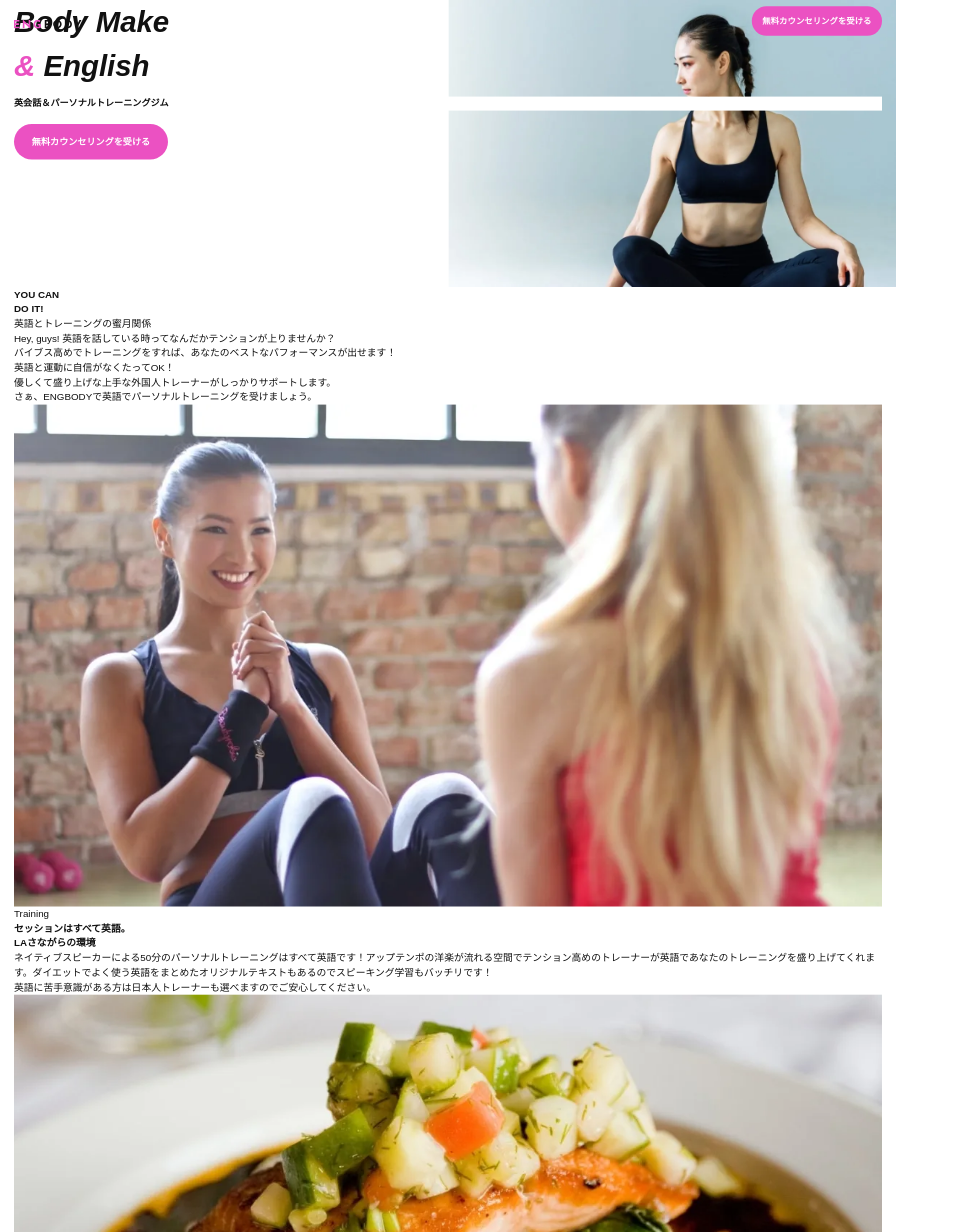
Repository: tetishi/engbody
Page: index.html
An editor plug-in stored every save of this project. The page is shown before and after a run of saves, followed by the edit.
The browser window is 1280 px wide. The page is 1280 px wide, then 1380 px, so the pictures cover 1380 px, including what lies to the right of the window. The pictures show the part of the page from y = 0 to 1760 px (the page is 12355 px tall), at 70% of full size.
The style sheet was rebuilt from its Sass, Less or Tailwind sources for each picture, by a compiler version that may differ from the author's.

Above is the page before, as saved 2023-07-26 00:08:56.

### index.html
<!DOCTYPE html>
<html lang="en">
<head>
    <meta charset="UTF-8">
    <meta name="viewport" content="width=device-width, initial-scale=1.0">
    <title>ENGBODY</title>
    <link href="https://fonts.googleapis.com/css2?family=Josefin+Sans:ital,wght@0,400;0,700;1,400;1,700&display=swap" rel="stylesheet">
    <link rel="stylesheet" href="./css/reset.css">
    <link rel="stylesheet" href="./css/style.css">
</head>
<body>
    <header class="header">
        <div class="header-inner">
            <h2 class="nav-title">
                <a href="#">
                    <img src="img/engbody.svg" alt="ENGBODY">
                </a>
            </h2>
            <nav class="header-nav">
                <div class="counseling-btn-top">
                    <a href="#">無料カウンセリングを受ける</a>
                </div>
            </nav>
        </div>
    </header>

    <main>
        <!-- fv -->
        <div class="fv">
            <div class="section-inner">
                <h2 class="page-title">
                    Body Make<br>
                    <span>&</span> English
                </h2>
                <div class="page-title-bottom">
                    英会話＆パーソナルトレーニングジム
                </div>
                <div class="counseling-btn">
                    <a href="#">無料カウンセリングを受ける</a>
                </div>
            </div>
        </div>

        <section id="concept" class="section-wrapper">
            <div class="section-outer">
                <div class="section-inner">
                    <h2 class="catchphrase">
                        YOU CAN<br class="sp">
                        DO IT!
                    </h2>
                    <p class="section-under-title">
                        英語とトレーニングの<span class="phrase">蜜月関係</span>
                    </p>
                    <p class="concept-text">
                        Hey, guys! 英語を話している時ってなんだかテンションが上りませんか？<br>
                        バイブス高めでトレーニングをすれば、あなたのベストなパフォーマンスが出せます！<br>
                        英語と運動に自信がなくたってOK！<br>
                        優しくて盛り上げな上手な外国人トレーナーがしっかりサポートします。<br>
                        さぁ、ENGBODYで英語でパーソナルトレーニングを受けましょう。
                    </p>
                    <div class="training-box">
                        <div class="training-img">
                            <picture>
                                <source srcset="img/training.webp" type="image/webp">
                                <img src="img/training.jpg" alt="外国人のパーソナルトレーナーがお客様に英語とトレーニングをサポートしている様子">
                            </picture>
                        </div>
                        <div class="training-text">
                            <p class="training-top">
                                Training
                            </p>
                            <h3 class="training-title">
                                セッションはすべて英語。<br>
                                LAさながらの環境
                            </h3>
                            <p class="training-description">
                                ネイティブスピーカーによる50分のパーソナルトレーニングはすべて英語です！アップテンポの洋楽が流れる空間でテンション高めのトレーナーが英語であなたのトレーニングを盛り上げてくれます。ダイエットでよく使う英語をまとめたオリジナルテキストもあるのでスピーキング学習もバッチリです！<br>
                                英語に苦手意識がある方は日本人トレーナーも選べますのでご安心してください。
                            </p>
                        </div>
                    </div>
                    <div class="food-box">
                        <div class="food-img">
                            <picture>
                                <source srcset="img/food.webp" type="image/webp">
                                <img src="img/food.jpg" alt="低糖質レストラン『LCR』の魚と野菜の盛り合わせメニューの写真">
                            </picture>
                        </div>
                        <div class="food-text">
                            <p class="food-top">
                                Food
                            </p>
                            <h3 class="food-title">
                                低糖質レストランを完備！<br>
                                美味しく食べてダイエット
                            </h3>
                            <p class="food-description">
                                食事制限って大変ですよね......。でも大丈夫！ENGBODY館内には低糖質レストラン『LCR』を完備しています。Low carb（低糖質）なのにとっても美味しい味に驚くはずです！メニューも豊富で飽きさせません。美味しく食べてしっかり痩せる！しかも英語力もアップ！それがENGBODYなのです。
                            </p>
                        </div>
                    </div>
                    <div class="counseling-btn">
                        <a href="#">無料カウンセリングを受ける</a>
                    </div>
                </div>
            </div>

        </section>

        <section class="section-wrapper">
            <div class="section-outer">
                <div class="section-inner">
                    <h2 class="section-title">
                        Our Trainer
                        <span>トレーナー</span>
                    </h2>
                    <div class="select-option">
                        <p class="trainer">
                            トレーナー
                        </p>
                        <p class="staff">
                            スタッフ
                        </p>
                    </div>
                    <ul class="trainer-list">
                        <li class="trainer-item">
                            <picture>
                                <source srcset="img/trainer01.webp" type="image/webp">
                                <img src="img/trainer01.jpg" alt="日本人女性のトレーナーの写真">
                            </picture>
                            <p class="trainer-greeting">
                                こんにちは！英語で楽しくトレーニングしましょう。日本語が話せますのでご安心ください。
                            </p>
                        </li>
                        <li class="trainer-item">
                            <picture>
                                <source srcset="img/trainer02.webp" type="image/webp">
                                <img src="img/trainer02.jpg" alt="外国人女性のトレーナーの写真">
                            </picture>
                            <p class="trainer-greeting">
                                Hello! 筋肉をつけすぎずしなやかな体を作ることが得意です！美しさを磨いていきましょう。
                            </p>
                        </li>
                        <li class="trainer-item">
                            <picture>
                                <source srcset="img/trainer03.webp" type="image/webp">
                                <img src="img/trainer03.jpg" alt="外国人男性のトレーナーの写真">
                            </picture>
                            <p class="trainer-greeting">
                                Hi, 負荷や強度の高いトレーニングがしたいならおまかせてください！どんなご要望もできるかぎり叶えますよ！
                            </p>
                        </li>
                    </ul>
                    <ul class="staff-list">
                        <li class="staff-item">
                            <picture>
                                <source srcset="img/staff01.webp" type="image/webp">
                                <img src="img/staff01.jpg" alt="日本人女性スタッフの写真">
                            </picture>
                            <p class="staff-greeting">
                                ENBODYは明るくてとっても楽しいジムです！みなさんのセッションが楽しくなるようしっかりサポートいたします。
                            </p>
                        </li>
                        <li class="staff-item">
                            <picture>
                                <source srcset="img/staff02.webp" type="image/webp">
                                <img src="img/staff02.jpg" alt="外国人男性スタッフの写真">
                            </picture>
                            <p class="staff-greeting">
                                Hi, please let me know anytime if you have any questions. We will fully support you!
                            </p>
                        </li>
                    </ul>
                </div>
            </div>
        </section>

        <section class="section-wrapper">
            <div class="section-outer">
                <div class="section-inner">
                    <h2 class="section-title">
                        Studio
                        <span>スタジオ</span>
                    </h2>
                    <div class="slide-image">
                        <picture>
                            <source srcset="img/studio01.webp" type="image/webp">
                            <img src="img/studio01.jpg" alt="後ろ姿の女性がトレーニング器具に座って、ダンベルを両手に持ち上げて、スタジオでトレーニングしている写真">
                        </picture>
                        <picture>
                            <source srcset="img/studio02.webp" type="image/webp">
                            <img src="img/studio02.jpg" alt="正面を向いた女性がトレーニング器具に座って、腕を上げてスタジオでトレーニングしている写真">
                        </picture>
                        <picture>
                            <source srcset="img/studio03.webp" type="image/webp">
                            <img src="img/studio03.jpg" alt="後ろ姿の男性がスタジオでバーベルを持ってウエイトトレーニングをしている写真">
                        </picture>
                    </div>
                </div>
            </div>
        </section>

        <section class="section-wrapper">
            <div class="section-outer">
                <div class="section-inner">
                    <h2 class="section-title">
                        Price
                        <span>料金</span>
                    </h2>
                    <ul class="price-list">
                        <li class="price-item">
                            <div class="price-box">
                                <p class="course">
                                    週１コース
                                </p>
                                <h3 class="course-price">
                                    ¥20,000
                                </h3>
                                <p class="admission-fee">
                                    （入会金 ¥10000）
                                </p>
                            </div>
                            <div class="rental-box">
                                <p class="course-top">
                                    レンタル
                                </p>
                                <p class="course-text">
                                    タオル、ウェア、プロテイン無料
                                </p>
                            </div>
                            <div class="restaurant-box">
                                <p class="course-top">
                                    レストラン
                                </p>
                                <p class="course-text">
                                    使用不可
                                </p>
                            </div>
                            <div class="diet-box">
                                <p class="course-top">
                                    食事指導
                                </p>
                                <p class="course-text">
                                    無し
                                </p>
                            </div>
                        </li>
                        <li class="price-item">
                            <p class="recommend">
                                オススメ！
                            </p>
                            <div class="price-box">
                                <p class="course">
                                    週２コース
                                </p>
                                <h3 class="course-price">
                                    ¥40,000
                                </h3>
                                <p class="admission-fee">
                                    （入会金 ¥10000）
                                </p>
                            </div>
                            <div class="rental-box">
                                <p class="course-top">
                                    レンタル
                                </p>
                                <p class="course-text">
                                    タオル、ウェア、プロテイン無料
                                </p>
                            </div>
                            <div class="restaurant-box">
                                <p class="course-top">
                                    レストラン
                                </p>
                                <p class="course-text">
                                    使用可
                                </p>
                            </div>
                            <div class="diet-box">
                                <p class="course-top">
                                    食事指導
                                </p>
                                <p class="course-text">
                                    有り
                                </p>
                            </div>
                        </li>
                        <li class="price-item">
                            <div class="price-box">
                                <p class="course">
                                    無制限
                                </p>
                                <h3 class="course-price">
                                    ¥70,000
                                </h3>
                                <p class="admission-fee">
                                    （入会金 ¥10000）
                                </p>
                            </div>
                            <div class="rental-box">
                                <p class="course-top">
                                    レンタル
                                </p>
                                <p class="course-text">
                                    タオル、ウェア、プロテイン無料
                                </p>
                            </div>
                            <div class="restaurant-box">
                                <p class="course-top">
                                    レストラン
                                </p>
                                <p class="course-text">
                                    使用可
                                </p>
                            </div>
                            <div class="diet-box">
                                <p class="course-top">
                                    食事指導
                                </p>
                                <p class="course-text">
                                    有り
                                </p>
                            </div>
                        </li>
                    </ul>
                </div>
            </div>
        </section>

        <section class="section-wrapper">
            <div class="section-outer">
                <div class="section-inner">
                    <h2 class="section-title">
                        FAQ
                        <span>よくあるご質問</span>
                    </h2>
                    <div class="faq-box">
                        <details class="faq-item">
                            <summary class="faq-top-text">
                                見学や体験は可能ですか？
                            </summary>
                            <p class="faq-bottom-text">
                                無料カウンセリングの際に見学が可能です。フォームに見学・体験希望の欄がございますので内容をご確認しチェックを入れてください。
                            </p>
                        </details>
                        <details class="faq-item">
                            <summary class="faq-top-text">
                                用意するものは何がありますか？
                            </summary>
                            <p class="faq-bottom-text">
                                シューズをご持参ください。ウェアとタオルは無料でレンタルが可能です。
                            </p>
                        </details>
                        <details class="faq-item">
                            <summary class="faq-top-text">
                                シャワールームはありますか？
                            </summary>
                            <p class="faq-bottom-text">
                                5つのシャワールームがございます。ボディソープ・シャンプー・リンスなどのアメニティやドライヤーもご用意しております。
                            </p>
                        </details>
                    </div>
                </div>
            </div>
        </section>

        <div class="free-counseling">
            <picture>
                <source srcset="img/sp_counseling_top.webp" type="image/webp">
                <img src="img/sp_counseling_top.jpg" alt="アジア人、黒人、白人の女性3人がトレーニングウェアを着て肩を組んで笑顔でこちらを見ている写真">
            </picture>
            <div class="counseling-container">
                <h3 class="invite-message">
                    Come join us!! 😊
                </h3>
                <div class="counseling-btn white">
                    <a href="#">無料カウンセリングを受ける</a>
                </div>
            </div>
        </div>

    </main>
    <footer class="footer">
        <div class="footer-text">
            ENGBODY
        </div>
    </footer>

    <a href="#" class="pagetop">
        <div class="pagetop-arrow">
            <i class="fas fa-angle-up"></i>
        </div>
    </a>
</body>
</html>

### css/reset.css
/*
html5doctor.com Reset Stylesheet
v1.6.1
Last Updated: 2010-09-17
Author: Richard Clark - http://richclarkdesign.com
Twitter: @rich_clark
*/

* {
    box-sizing: border-box;
}

html,
body,
div,
span,
object,
iframe,
h1,
h2,
h3,
h4,
h5,
h6,
p,
blockquote,
pre,
abbr,
address,
cite,
code,
del,
dfn,
em,
img,
ins,
kbd,
q,
samp,
small,
strong,
sub,
sup,
var,
b,
i,
dl,
dt,
dd,
ol,
ul,
li,
fieldset,
form,
label,
legend,
table,
caption,
tbody,
tfoot,
thead,
tr,
th,
td,
article,
aside,
canvas,
details,
figcaption,
figure,
footer,
header,
hgroup,
menu,
nav,
section,
summary,
time,
mark,
ruby,
audio,
video {
    margin: 0;
    padding: 0;
    border: 0;
    outline: 0;
    font-size: 100%;
    vertical-align: baseline;
    background: transparent;
}

body {
    line-height: 1.5;
}

img {
    width: 100%;
    height: auto;
    object-fit: cover;
}

button {
    background-color: transparent;
    border: none;
    cursor: pointer;
    outline: none;
    padding: 0;
    appearance: none;
}

article,
aside,
details,
figcaption,
figure,
footer,
header,
hgroup,
menu,
nav,
section {
    display: block;
}

nav ul {
    list-style: none;
}

li {
    list-style: none;
}

a {
    margin: 0;
    padding: 0;
    font-size: 100%;
    vertical-align: baseline;
    background: transparent;
}

input,
select {
    vertical-align: middle;
}

/*end reset css*/

### img/engbody.svg
<svg xmlns="http://www.w3.org/2000/svg" width="96.7" height="12.36" viewBox="0 0 96.697 12.356">
  <g id="Group_1" data-name="Group 1" transform="translate(-34.435 -35.05)">
    <path id="Path_13" data-name="Path 13" d="M-41.472-16.8a3.73,3.73,0,0,1,1.459,1.093,2.471,2.471,0,0,1,.524,1.559A2.878,2.878,0,0,1-40.674-11.6a5.1,5.1,0,0,1-2.957.814H-47.58V-22.2H-44.1a5.2,5.2,0,0,1,2.965.737,2.422,2.422,0,0,1,1.08,2.132,2.946,2.946,0,0,1-.371,1.5A2.77,2.77,0,0,1-41.472-16.8Zm-3.771-.729h1.418a1.3,1.3,0,0,0,1-.38,1.323,1.323,0,0,0,.355-.938,1.029,1.029,0,0,0-.4-.876,1.816,1.816,0,0,0-1.112-.3h-1.257Zm1.5,4.653a2.475,2.475,0,0,0,1.33-.318,1.051,1.051,0,0,0,.508-.954q0-1.21-2-1.21h-1.338v2.481Zm8.123-3.6a5.518,5.518,0,0,1,.814-2.9A6.036,6.036,0,0,1-32.6-21.521a5.975,5.975,0,0,1,3.022-.8,5.975,5.975,0,0,1,3.022.8,6.165,6.165,0,0,1,2.224,2.148,5.438,5.438,0,0,1,.83,2.9,5.413,5.413,0,0,1-.83,2.916,6.083,6.083,0,0,1-2.224,2.117,6.067,6.067,0,0,1-3.022.783,6.054,6.054,0,0,1-3.03-.783,5.973,5.973,0,0,1-2.2-2.117A5.493,5.493,0,0,1-35.622-16.473Zm2.417,0a3.551,3.551,0,0,0,.492,1.83,3.628,3.628,0,0,0,1.338,1.326,3.687,3.687,0,0,0,1.878.489,3.5,3.5,0,0,0,1.821-.489,3.517,3.517,0,0,0,1.289-1.318,3.68,3.68,0,0,0,.467-1.838,3.655,3.655,0,0,0-.483-1.861,3.6,3.6,0,0,0-1.313-1.326,3.57,3.57,0,0,0-1.845-.489,3.57,3.57,0,0,0-1.845.489,3.6,3.6,0,0,0-1.313,1.326A3.655,3.655,0,0,0-33.2-16.473ZM-18.909-22.2h3.546a7.413,7.413,0,0,1,3.739.845A5.2,5.2,0,0,1-9.49-19.164a6.36,6.36,0,0,1,.669,2.877,5.253,5.253,0,0,1-.806,2.9,5.34,5.34,0,0,1-2.168,1.931,6.641,6.641,0,0,1-2.99.675h-4.126Zm3.723,9.243a4.324,4.324,0,0,0,2.885-.9,3.2,3.2,0,0,0,1.064-2.59,3.609,3.609,0,0,0-.588-2.171A3.138,3.138,0,0,0-13.2-19.73a4.006,4.006,0,0,0-1.475-.31h-1.9v7.088ZM4.83-22.2.381-14.333v3.552H-1.955v-3.552L-6.323-22.2h2.885l2.724,5.273L1.945-22.2Z" transform="translate(126.302 57.708)" fill="#111"/>
    <path id="Path_14" data-name="Path 14" d="M-27.475-22.5v2.176h-5.753v2.44h5.093v2.176h-5.093v2.471h5.979v2.176h-8.316V-22.5Zm15.584,0v11.9h-.064l-8.3-7.227.048,6.761h-2.369V-22.95h.1l8.284,7.336-.048-6.885ZM3.049-12.211a3.177,3.177,0,0,1-.975.583,8.934,8.934,0,0,1-1.547.5,6.932,6.932,0,0,1-1.539.194,7.366,7.366,0,0,1-3.312-.707,5.264,5.264,0,0,1-2.2-1.958A5.311,5.311,0,0,1-7.3-16.454a6.568,6.568,0,0,1,.822-3.4,5.253,5.253,0,0,1,2.208-2.083,6.761,6.761,0,0,1,3.062-.692,8.506,8.506,0,0,1,2.031.233,7.636,7.636,0,0,1,1.676.606l-.757,2.1a5.979,5.979,0,0,0-1.281-.458A5.645,5.645,0,0,0-.9-20.355a4.244,4.244,0,0,0-2.957.933A3.556,3.556,0,0,0-4.88-16.656a3.356,3.356,0,0,0,.5,1.842,3.241,3.241,0,0,0,1.394,1.2,4.746,4.746,0,0,0,2.039.42,3.468,3.468,0,0,0,1.628-.3v-1.383H-1.367v-2.176H3.049Z" transform="translate(70 58)" fill="#eb51c2"/>
  </g>
</svg>

### css/style.scss
/* base */

html {
    font-size: 62.5%;
}
body {
    font-size: 1.4rem;
    font-family: 'Hiragino Sans', sans-serif;
    color: #111111;
}
h2 h3 {
    font-family: 'Josefin Sans', sans-serif;
}
img {
    vertical-align: bottom;
}
.section-inner {
    padding: 0 20px;
    // margin: 0 auto;
}
.section-title {
    font-size: 4rem;
    &:nth-of-type(2) {
        font-size: 3.2rem;
    }
    &:nth-of-type(odd) {
        color: #fff;
    }
    span {
        font-size: 1.4rem;
        margin-bottom: 30px;
        &:last-of-type {
            margin-bottom: 35px;
        }
    }
}
a {
    color: inherit;
    text-decoration: none;
}

// header
.header {
    position: fixed;
    width: 100%;
    top: 0;
    left: 0;
    z-index: 999;
}
.header-inner {
    display: flex;
    justify-content: space-between;
    align-items: center;
    height: 60px;
    padding: 0 20px;
}
.counseling-btn-top {
    font-weight: bold;
    color: #fff;
    font-size: 1.2rem;
    width: 186px;
    background-color: #EB51C2;
    text-align: center;
    vertical-align: middle;
    border-radius: 50px;
    padding: 12px 15px;
}

//fv
.fv {
    background-image: url(../img/bg_mv.webp);
    background-position: right bottom;
    height: 410px;
    background-size: contain;
    background-repeat: no-repeat;
    border-radius: 0 0 0 50px;
}
.page-title {
    font-size: 4.2rem;
    font-style: italic;
    span {
        color: #EB51C2;
    }
}
.page-title-bottom {
    font-size: 1.3rem;
    font-weight: bold;
    margin: 12px 0 19px;
    background-color: #fff;
}
.counseling-btn {
    font-weight: bold;
    color: #fff;
    font-size: 1.3rem;
    width: 220px;
    background-color: #EB51C2;
    text-align: center;
    vertical-align: middle;
    border-radius: 50px;
    padding: 16px 25px;
}

After the next 5 saves:
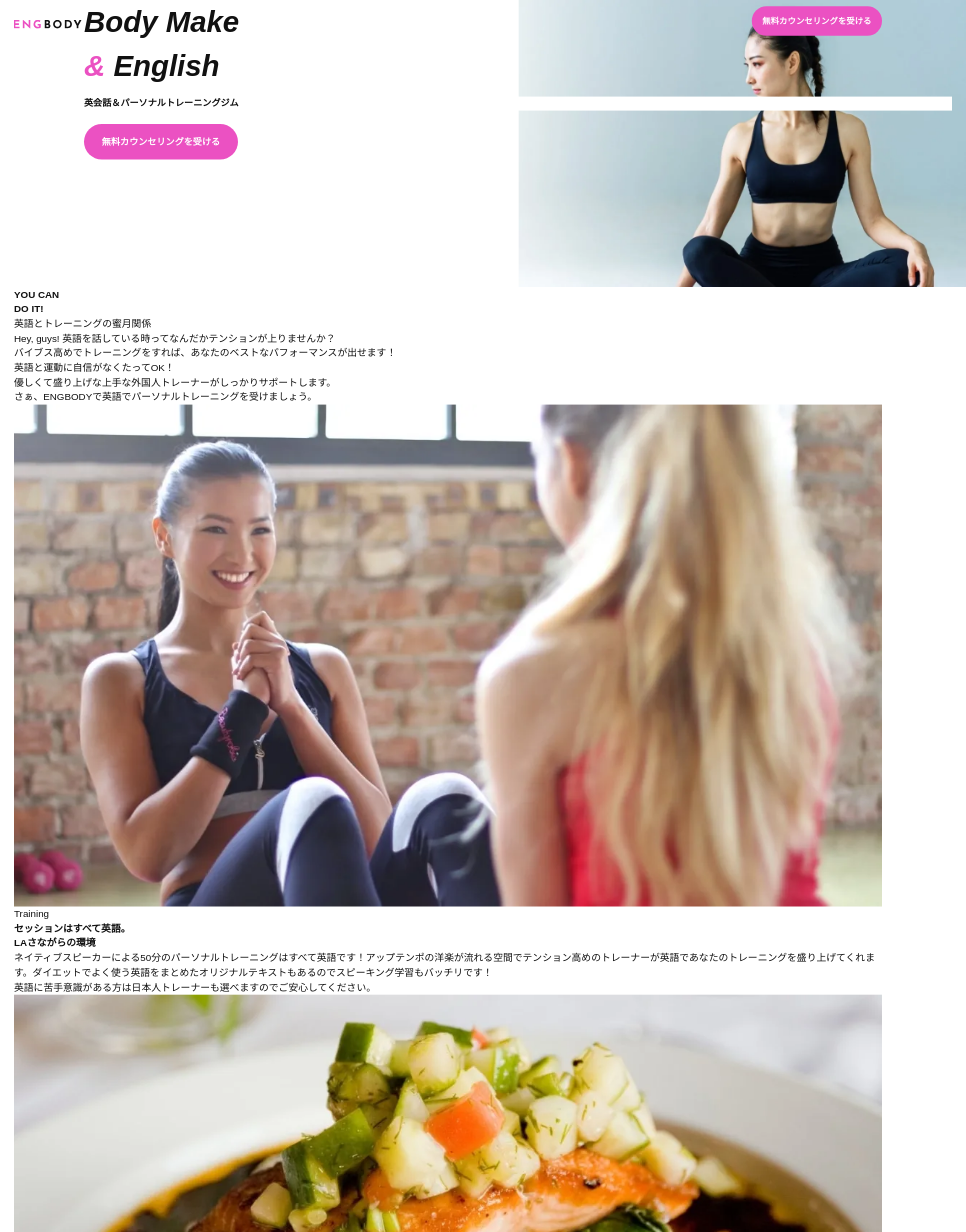
The 5 saves are shown as one change because 1 did not build or start and some came seconds apart.
The last was saved 2 min 58 s later.
--- a/css/style.scss
+++ b/css/style.scss
@@ -74,6 +74,8 @@ a {
     background-size: contain;
     background-repeat: no-repeat;
     border-radius: 0 0 0 50px;
+    position: relative;
+    left: 100px;
 }
 .page-title {
     font-size: 4.2rem;
